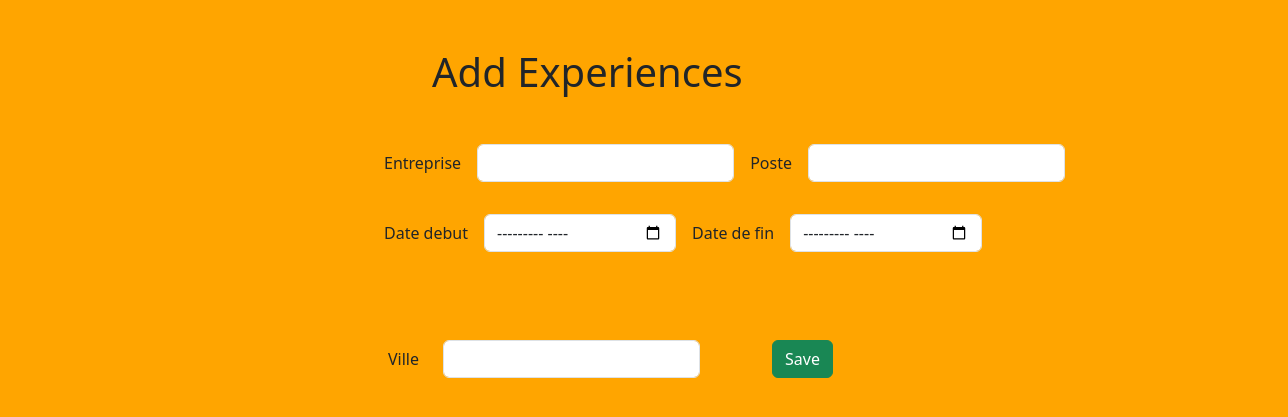
Repository: moAllElite/Examen-EJB-WEB-EAR
Page: http://localhost/SearchJobsWeb/views/exp_form_skills/addExp.jsp
An editor plug-in stored every save of this project. The page is shown before and after the next save, followed by the edit.
The browser window is 1280 px wide. The page is 1288 px wide, so the pictures cover 1288 px, including what lies to the right of the window. The pictures show the whole page.
The page is served by Tomcat 9. Nobody is signed in. The application's start-up code is not run. Other server files are loaded and not shown.

Above is the page before, as saved 2023-03-25 22:45:04.

### SearchJobsWeb/src/main/webapp/views/exp_form_skills/addExp.jsp
<%@ page language="java" contentType="text/html; charset=ISO-8859-1"
    pageEncoding="ISO-8859-1"%>
<!DOCTYPE html>
<html>
<head>
<meta charset="ISO-8859-1">
<title>Experience</title>
</head>
<body>
	<h1 class=" m-5">Add Experiences</h1>
	<form method="post" action="AddExperience">
		<jsp:include page="main.jsp"></jsp:include>
	</form>
</body>
</html>

### SearchJobsWeb/src/main/webapp/views/exp_form_skills/main.jsp
<%@ page language="java" contentType="text/html; charset=ISO-8859-1"
    pageEncoding="ISO-8859-1"%>
<!DOCTYPE html>
<html>
<head>
<meta charset="ISO-8859-1">
<title>Insert title here</title>
	 <link href="https://cdn.jsdelivr.net/npm/bootstrap@5.3.0-alpha1/dist/css/bootstrap.min.css" rel="stylesheet" integrity="sha384-GLhlTQ8iRABdZLl6O3oVMWSktQOp6b7In1Zl3/Jr59b6EGGoI1aFkw7cmDA6j6gD" crossorigin="anonymous">

	</head>
	<body  style="background-color: orange; margin-left: 30%;">
		<!-- Example Code -->
    	<div class=""d-flex justify-content-evenly mt-5">
	    <div class="row g-3 align-items-center sm-5">
		      <div class="col-auto">
		        <label for="inputPassword6" class="col-form-label">Entreprise</label>
		      </div>
			      <div class="col-auto">
			        <input type="text"  class="form-control" name="societe" name="" aria-describedby="addon-wrapping">
			      </div>
			      <div class="col-auto">
			      <label for="inputPassword6" class="col-form-label">Poste</label>
			    </div>
			    <div class="col-auto">
			      <input type="text"  class="form-control" name="poste" required="required" aria-describedby="addon-wrapping">
			    </div>
		  	</div>
		 </div>
		  	<!-- Example Code -->
	    <div class=""d-flex justify-content-evenly mt-5">
		    <div class="row g-3 align-items-center mt-3">
		      <div class="col-auto">
		        <label for="inputPassword6" class="col-form-label">Date debut</label>
		      </div>
		      <div class="col-auto">
		        <input type="month" name="datedb"  class="form-control" required="required"  aria-describedby="addon-wrapping">
		      </div>
		      <div class="col-auto">
		      <label for="inputPassword6" class="col-form-label">Date de fin</label>
		    </div>

		    <div class="col-auto">
		      <input type="month"  name="datefn" required="required" class="form-control"  aria-describedby="addon-wrapping">
		    </div>
		    <div class="row g-4 align-items-center mt-3">
		      <div class="col-auto">
		        <label for="inputPassword6" class="col-form-label">Ville</label>
		      </div>
		      <div class="col-auto">
		        <input type="text" name="ville"  class="form-control" required="required"  aria-describedby="addon-wrapping">
		      </div>
		       <div class="col-auto">
		        <button type="submit" class="btn btn-success m-5">Save</button>

		         </div>
		      </div>
		  </div>

	  	<script src="https://cdn.jsdelivr.net/npm/@popperjs/core@2.11.6/dist/umd/popper.min.js" integrity="sha384-oBqDVmMz9ATKxIep9tiCxS/Z9fNfEXiDAYTujMAeBAsjFuCZSmKbSSUnQlmh/jp3" crossorigin="anonymous"></script>
		<script src="https://cdn.jsdelivr.net/npm/bootstrap@5.3.0-alpha1/dist/js/bootstrap.min.js" integrity="sha384-mQ93GR66B00ZXjt0YO5KlohRA5SY2XofN4zfuZxLkoj1gXtW8ANNCe9d5Y3eG5eD" crossorigin="anonymous"></script>

	</body>
</html>

After the next save:
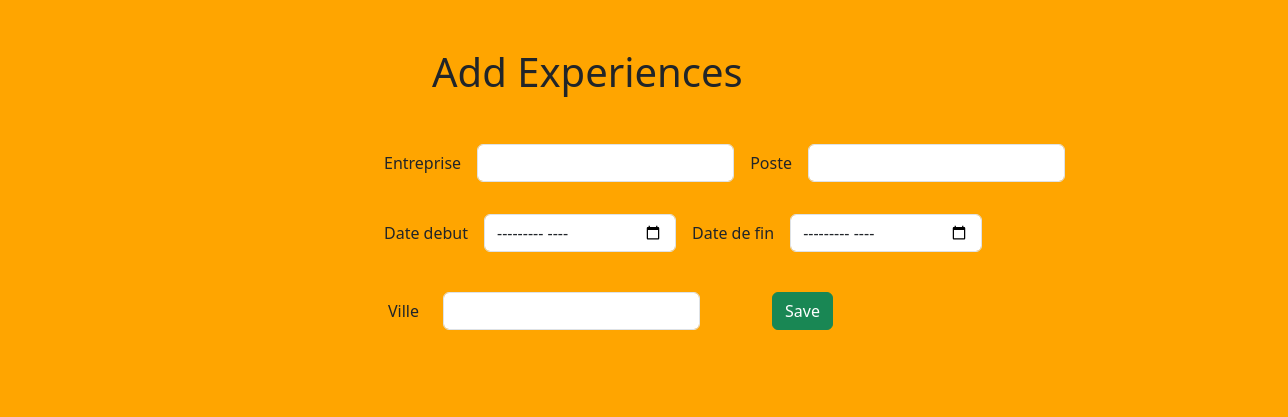
Saved 19 s later.
--- a/SearchJobsWeb/src/main/webapp/views/exp_form_skills/main.jsp
+++ b/SearchJobsWeb/src/main/webapp/views/exp_form_skills/main.jsp
@@ -50,7 +50,7 @@
 		        <input type="text" name="ville"  class="form-control" required="required"  aria-describedby="addon-wrapping">
 		      </div>
 		       <div class="col-auto">
-		        <button type="submit" class="btn btn-success m-5">Save</button>
+		        <button type="submit" class="btn btn-success ms-5">Save</button>
 
 		         </div>
 		      </div>
